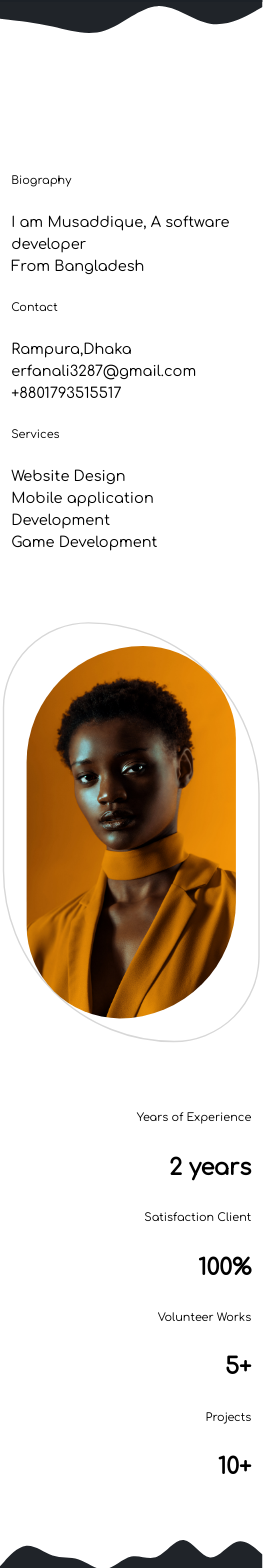
Repository: MMALI3287/Resume
Page: index.html
The author's editor kept a copy of each file at every save. The page is drawn from the files as they stood at one save, then again after the next save.
The browser window is 375 px wide. The page is 375 px wide, then 387 px, so the pictures cover 387 px, including what lies to the right of the window. The pictures show the part of the page from y = 797 to 3037 px (the page is 11809 px tall before and 11842 px after), at 70% of full size.
Some web libraries are served in a nearby version.

Above is the page before, as saved 2023-07-16 02:52:53.

After the next save:
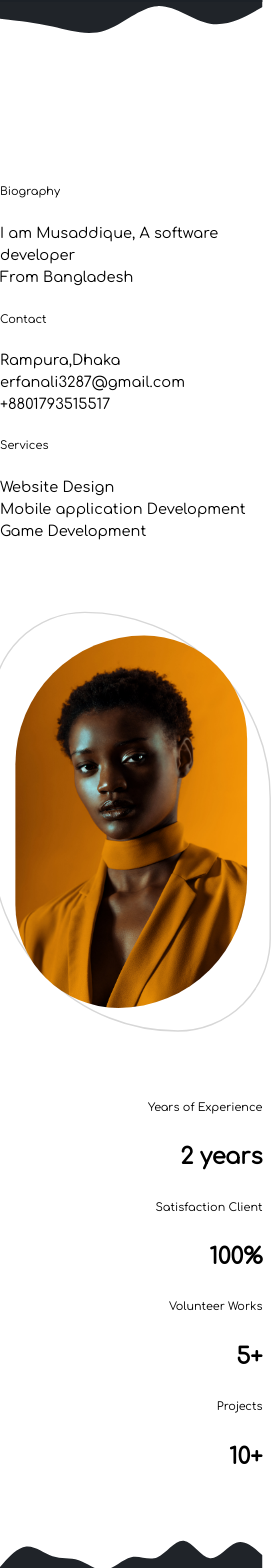
Saved 7 s later.
--- a/css/style.css
+++ b/css/style.css
@@ -531,7 +531,7 @@
   }
 
   #portfolio {
-    padding: 1rem;
+    padding: 2rem 0;
   }
 
   .capbord {
